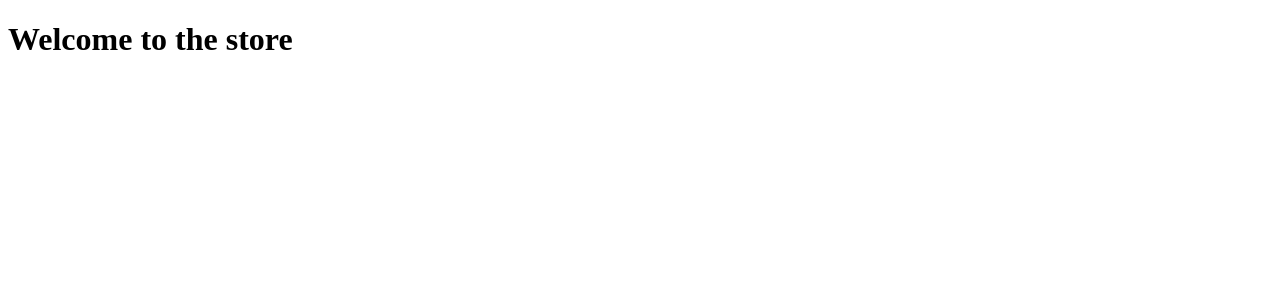
Repository: Indra0011/git_java_practice
Page: eclipse-workspace/servletSessionTracking/src/main/webapp/index.html
The author's editor kept a copy of each file at every save. The page is drawn from the files as they stood at one save, then again after the next save.
The browser window is 1280 px wide. The pictures show the whole page.

Above is the page before, as saved 2023-10-05 05:20:29.

### eclipse-workspace/servletSessionTracking/src/main/webapp/index.html
<!DOCTYPE html>
<html>
<head>
<meta charset="ISO-8859-1">
<title>Session management</title>
</head>
<body>
	<h1>Welcome to the store</h1>
	<form action = './req1'>

	</form>

</body>
</html>

After the next save:
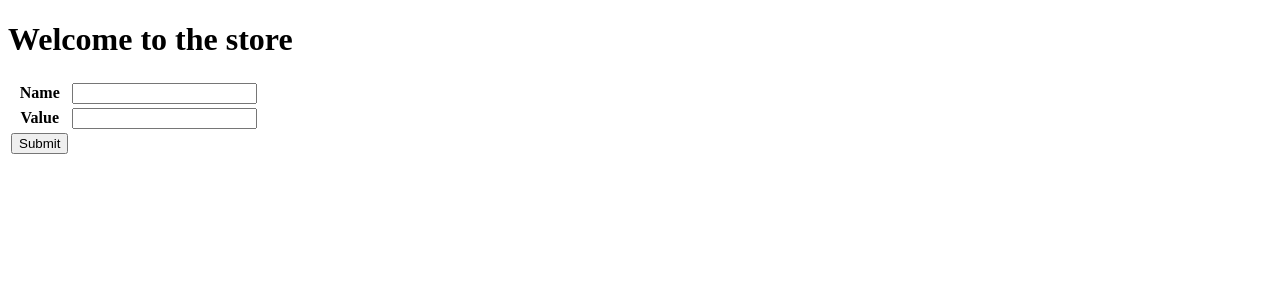
Saved 3 min 51 s later.
--- a/eclipse-workspace/servletSessionTracking/src/main/webapp/index.html
+++ b/eclipse-workspace/servletSessionTracking/src/main/webapp/index.html
@@ -7,7 +7,20 @@
 <body>
 	<h1>Welcome to the store</h1>
 	<form action = './req1'>
+		<table>
+			<tr>
+				<th>Name </th>
+				<td><input type="text" name="Name" /></td>
+			</tr>
+			<tr>
+				<th>Value</th>
+				<td><input type="text" name="Value" /></td>
 
+			</tr>
+			<tr>
+				<td><input type="submit" name="Add to cart" /></td>
+			</tr>
+		</table>
 	</form>
 
 </body>
